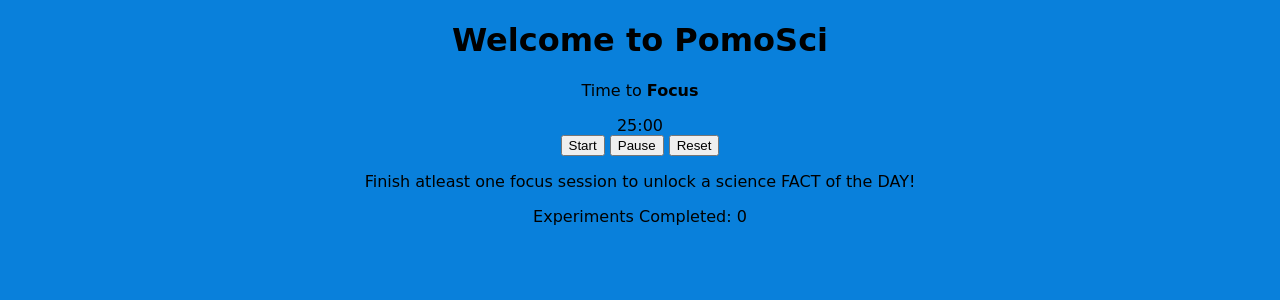
Repository: manayparikh1/Pomosci
Page: index.html
An editor plug-in stored every save of this project. The page is shown before and after the next save, followed by the edit.
The browser window is 1280 px wide. The pictures show the whole page.

Above is the page before, as saved 2026-11-13 13:09:15.

After the next save:
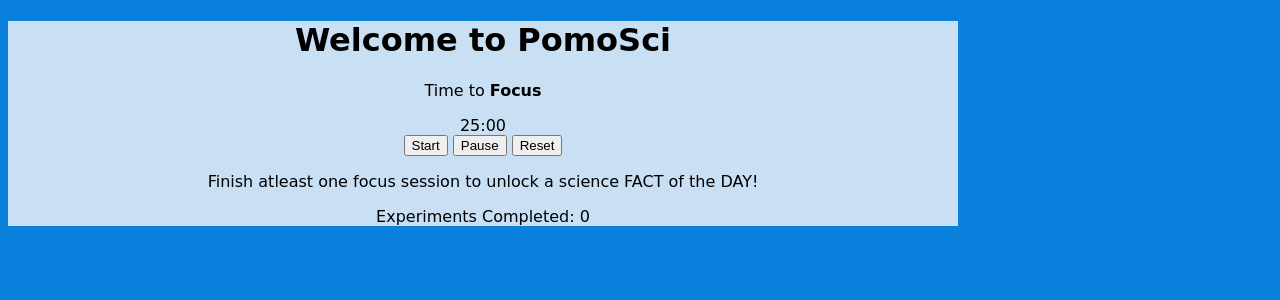
Saved 3 min 43 s later.
--- a/index.html
+++ b/index.html
@@ -38,3 +38,8 @@
                     background-color: rgb(9, 128, 219);
                     text-align: center;
                 }
+
+                .lab_sci {
+                    background-color: rgb(200, 223, 244);
+                    width: 950px;
+                }
